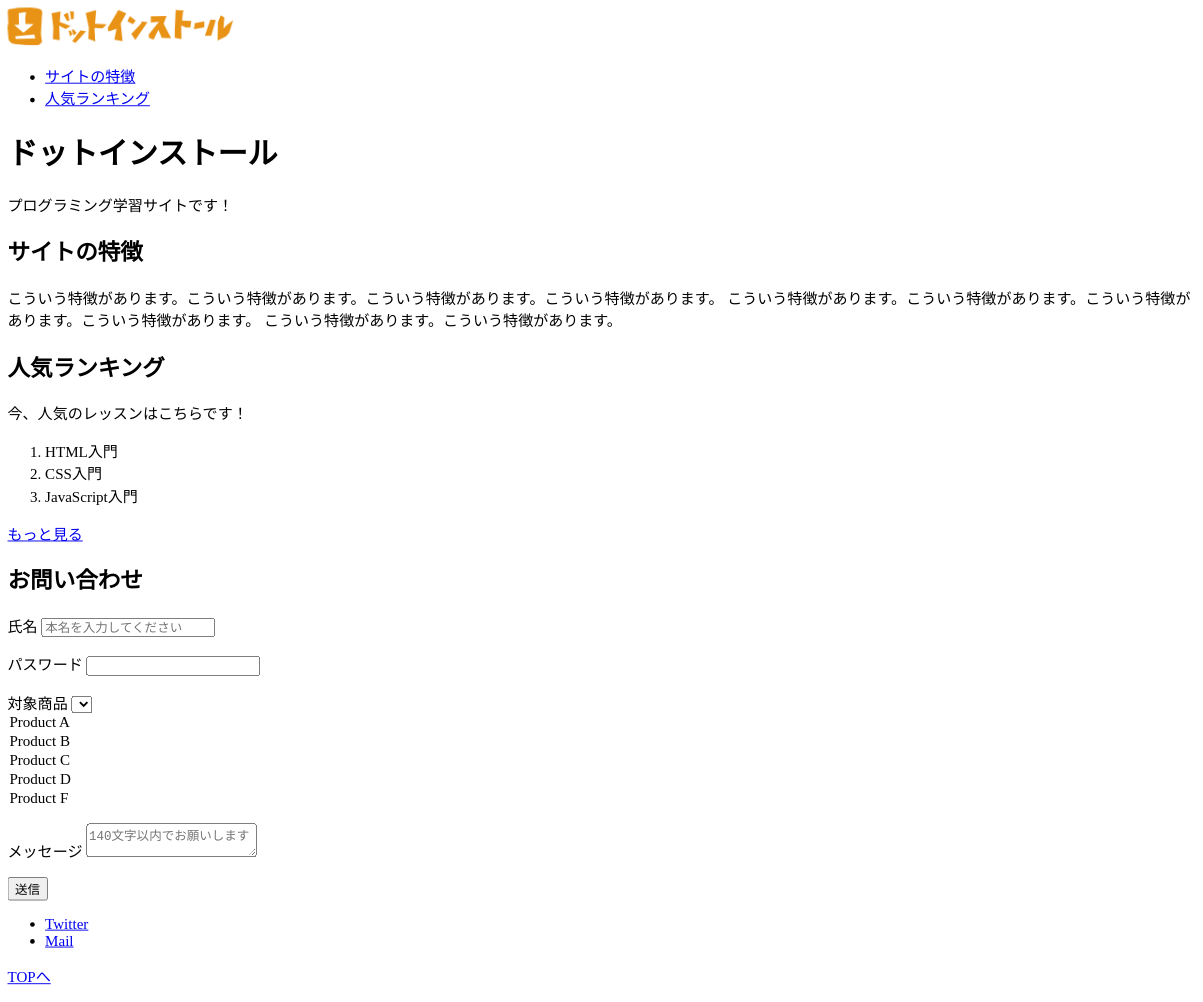
Repository: kojimayu/dotinstall-html
Page: index.html
An editor plug-in stored every save of this project. The page is shown before and after the next save, followed by the edit.
The browser window is 1280 px wide. The pictures show the whole page, at 94% of full size.

Above is the page before, as saved 2019-04-04 19:28:06.

After the next save:
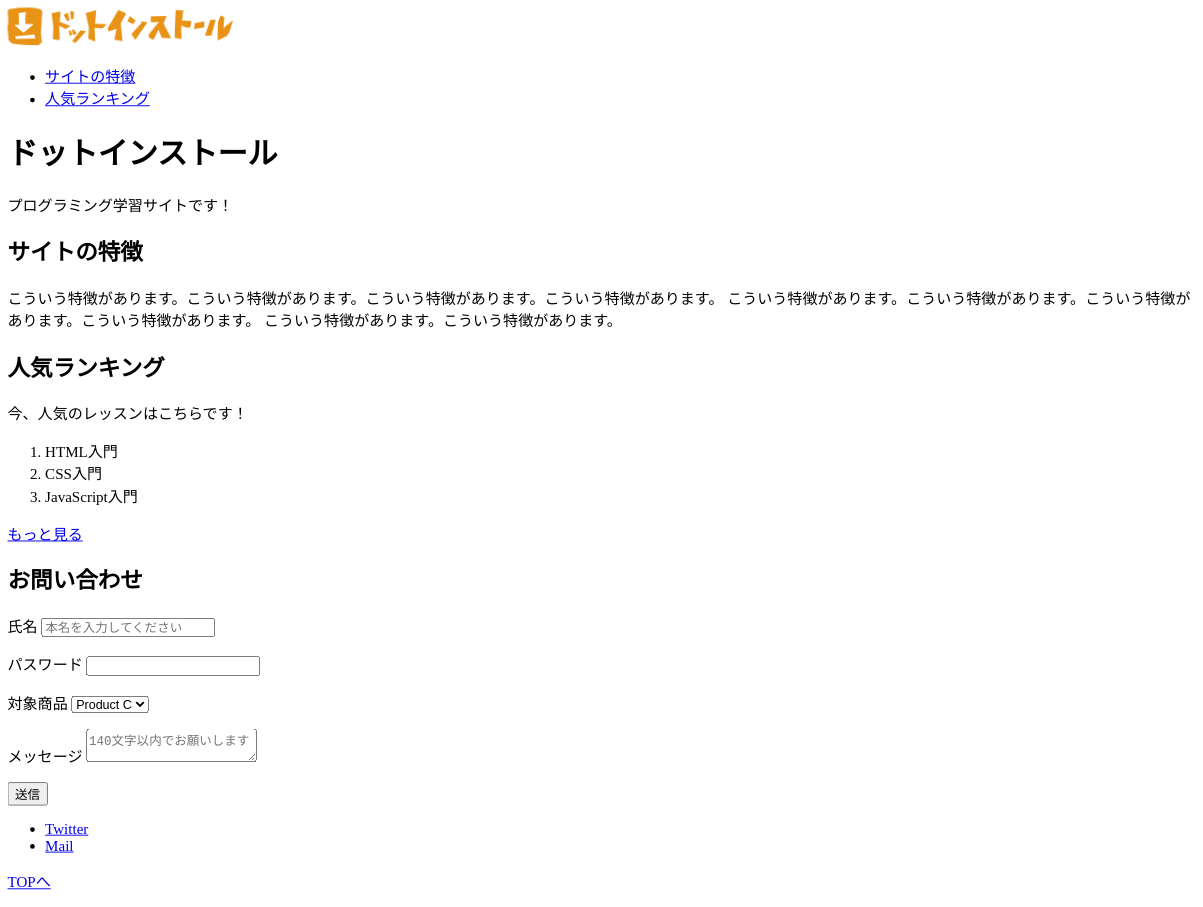
Saved 90 s later.
--- a/index.html
+++ b/index.html
@@ -46,15 +46,15 @@
             <input type="password" id="pwd">
         </p>
         <p>
-            <label for="">対象商品</label>
-            <select id="product"></select>
-            <option>Product A</option>
-            <option>Product B</option>
-            <option selected>Product C</option>
-            <option>Product D</option>
-            <option>Product F
+            <label for="product">対象商品</label>
+            <select id="product">
+                <option>Product A</option>
+                <option>Product B</option>
+                <option selected>Product C</option>
+                <option>Product D</option>
+                <option>Product F</option>
+            </select>
 
-            </option>
         </p>
         <p>
             <label for="messege">メッセージ</label>
